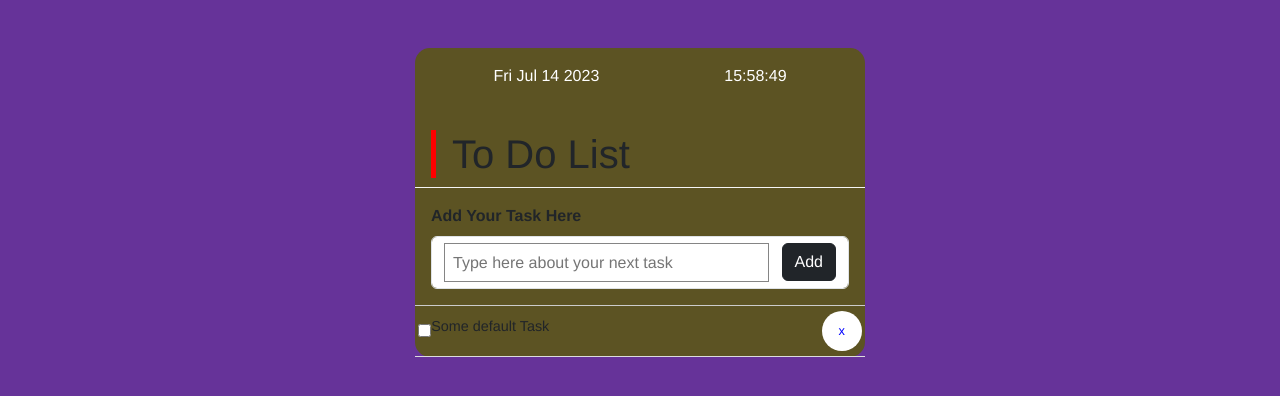
Repository: Passionblaz/TODO
Page: TODO/Untitled-1.html
The author's editor kept a copy of each file at every save. The page is drawn from the files as they stood at one save, then again after the next save.
The browser window is 1280 px wide. The pictures show the whole page.

Above is the page before, as saved 2023-07-14 16:32:23.

After the next save:
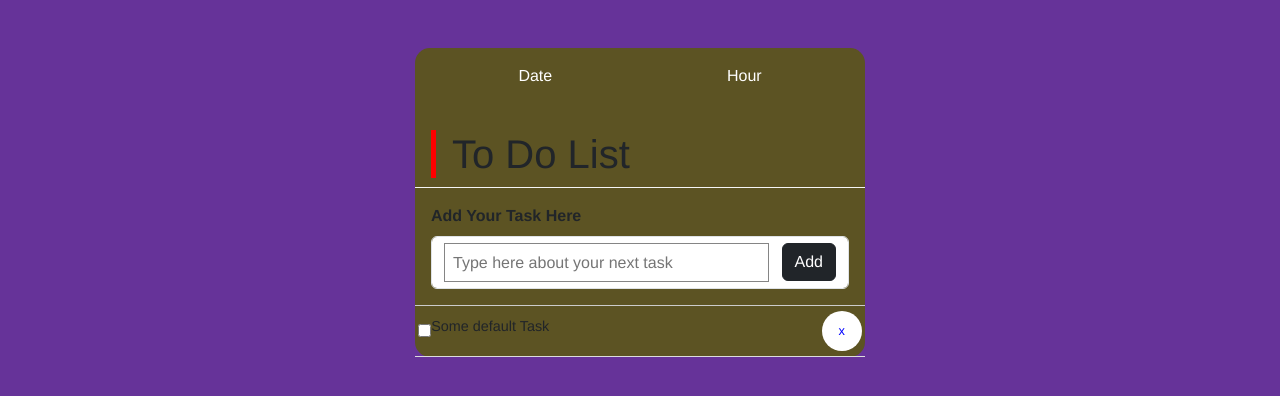
Console error: SyntaxError: Unexpected token ')'
Saved 18 s later.
--- a/TODO/main.js
+++ b/TODO/main.js
@@ -31,13 +31,13 @@ function time() {
 function addTask(event) {
   event.preventDefault();
   const inputValue = todoInput.value;
-
+    if(inputValue)
+    saveTodo(inputValue); //Save Function
+})
 }
 todoForm.addEventListener("submit", (e) => {
 
-  if(inputValue)
-    saveTodo(inputValue); //Save Function
-})
+
 const saveTodo = (text) => {
   const todo = document.createElement("div");
   todo.classList.add("todo");
